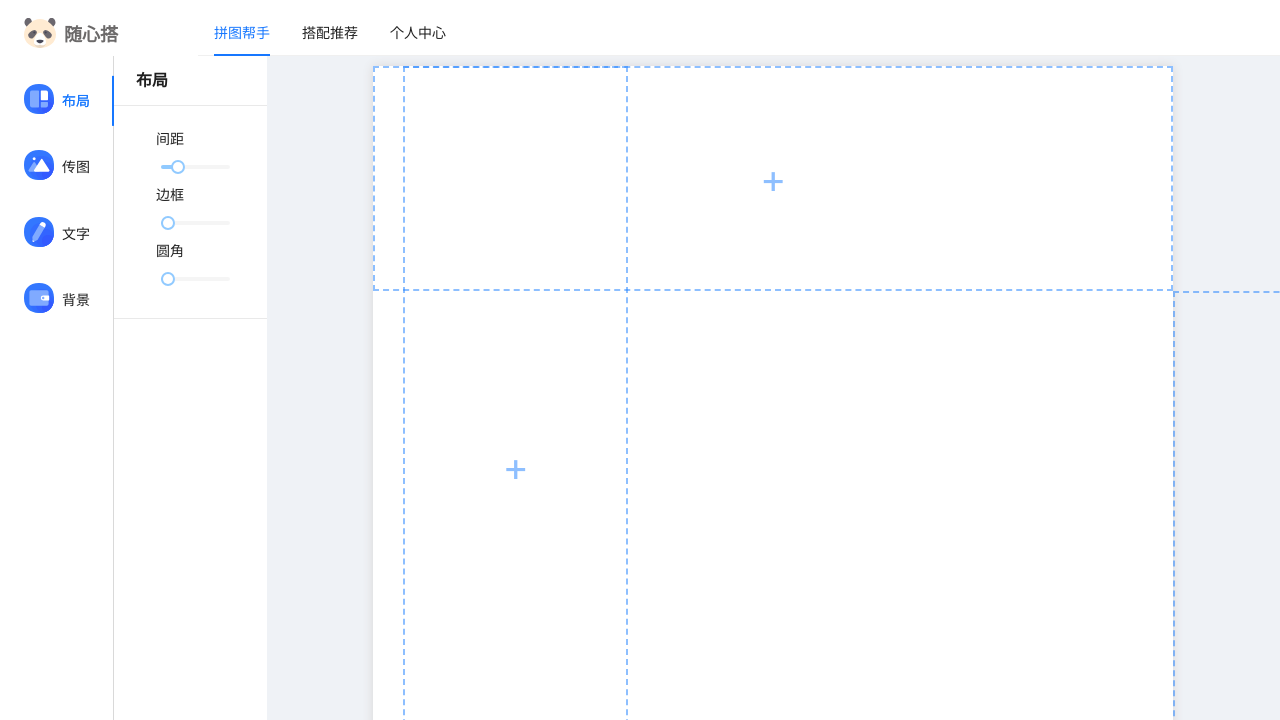
Repository: zzq1101921989/low-code
Page: /
These files come from the project's save history. The page is drawn as it stood at one moment and after the next save; the edit follows.
The browser window is 1280 px wide. The pictures show the whole page.
The project was rebuilt for these pictures with package versions that can differ from the ones it lists, and the page was loaded fresh each time. Also part of the build but not shown: vite.config.ts, src/pages/admin/index.tsx, src/components/icon/ClothesIcon.tsx, src/components/icon/HairIcon.tsx, src/components/icon/PantsIcon.tsx, src/components/icon/ShoeIcon.tsx, src/pages/recommend/index.tsx.

Above is the page before, as saved 2023-05-30 22:44:54.

### index.html
<!DOCTYPE html>
<html lang="en">
  <head>
    <meta charset="UTF-8" />
    <link rel="icon" type="image/svg+xml" href="/vite.svg" />
    <meta name="viewport" content="width=device-width, initial-scale=1.0" />
    <title>搭配选择困难症？不懂搭？就来随心搭，找到属于自己的穿搭技巧</title>
  </head>
  <body>
    <div id="root"></div>
    <script type="module" src="/src/main.tsx"></script>
  </body>
</html>

### src/main.tsx
import ReactDOM from "react-dom/client";
import App from "./App";
import "./reset.css";

ReactDOM.createRoot(document.getElementById("root") as HTMLElement).render(
  <App />
);

### src/App.tsx
import { BrowserRouter, Navigate, Route, Routes } from "react-router-dom";
import LayoutComponent from "./components/layout";
import { routerConfig } from "./routers";

const App = () => {
  return (
    <BrowserRouter>
      <Routes>
        <Route path="/" element={<LayoutComponent />}>
          {/* 重定向 */}
          <Route path="/" element={<Navigate to="/home" />} />
          {routerConfig.map((item) => (
            <Route path={item.path} key={item.name} element={item.element} />
          ))}
        </Route>
        <Route path="*" element={<div>404</div>} />
      </Routes>
    </BrowserRouter>
  );
};

export default App;

### src/reset.css
html,body,div,span,applet,object,h1,h2,h3,h4,h5,h6,p,blockquote,pre,a,abbr,acronym,address,big,cite,code,del,dfn,em,img,ins,kbd,q,s,samp,small,strike,strong,sub,sup,tt,var,b,u,i,center,dl,dt,dd,ol,ul,li,fieldset,form,label,legend,table,caption,tbody,tfoot,thead,tr,th,td,article,aside,canvas,details,embed,figure,figcaption,footer,header,hgroup,menu,nav,output,ruby,section,summary,time,mark,audio,video {
	margin:0;
	padding:0;
	border:0;
	font-size:100%;
	font:inherit;
	font-weight:normal;
	vertical-align:baseline;
}
/* HTML5 display-role reset for older browsers */
article,aside,details,figcaption,figure,footer,header,hgroup,menu,nav,section {
	display:block;
}
ol,ul,li {
	list-style:none;
}
blockquote,q {
	quotes:none;
}
blockquote:before,blockquote:after,q:before,q:after {
	content:'';
	content:none;
}
table {
	border-collapse:collapse;
	border-spacing:0;
}
th,td {
	vertical-align:middle;
}
/* custom */
a {
	outline:none;
	color:#16418a;
	text-decoration:none;
	-webkit-backface-visibility: hidden;
}
a:focus {
	outline:none;
}
input:focus,select:focus,textarea:focus {
	outline:-webkit-focus-ring-color auto 0;
}

### src/routers/index.tsx
import { RouteObject } from "react-router-dom";
import Admin from "../pages/admin";
import Home from "../pages/home";
import Recommend from "../pages/recommend";

export const routerConfig: (RouteObject & { name: string })[] = [
  {
    path: "home",
    name: "拼图帮手",
    element: <Home />,
  },
  {
    path: "recommend",
    name: "搭配推荐",
    element: <Recommend />,
  },
  {
    path: "admin",
    name: "个人中心",
    element: <Admin />,
  },
];

### src/components/header/index.tsx
import { Menu, MenuProps } from "antd";
import { Link, useLocation } from "react-router-dom";
import { routerConfig } from "../../routers";

export default function HeaderComponent() {

  const locaiton = useLocation();

  const items: MenuProps["items"] = routerConfig.map((key) => ({
    key: key.path,
    label: <Link to={`/${key.path}`}>{key.name}</Link>,
  }));

  return (
    <Menu
      style={{ flex: 1 }}
      mode="horizontal"
      selectedKeys={[locaiton.pathname.split("/")[1]]}
      items={items}
    />
  );
}

### src/components/layout/index.module.less
.syd-layout {
  width: 100%;
  height: 100vh;
  display: flex;
  flex-direction: column;
  overflow: hidden;
  .syd-header {
    display: flex;
    width: 100%;
    align-items: center;
    padding: 10px 24px 0 24px;
    background-color: #fff;
    .logo {
      margin-right: 80px;
    }
  }
  .syd-content {
    flex: auto;
    background: #eff2f6;
  }
}

### src/pages/home/index.tsx
import { Col, Row } from "antd";
import { FC, useState } from "react";
import { DrawImage, Menu } from "./features";
import styles from "./index.module.less";

// 最大的间距是多少
const maxPedding = 120

// 最大的边框
const maxBorder = 0

const Home: FC = () => {

  const [ paddingPercentage, setPaddingPercentage ] = useState(25)

  // 当前计算出来的间距是多少
  const padding = Math.round(maxPedding * (paddingPercentage / 100))

  return (
    <Row style={{ height: "100%" }} className={styles.homeContainer}>
      <Col xl={5}>
        <Menu paddingPercentage={paddingPercentage} setPaddingPercentage={setPaddingPercentage} />
      </Col>
      <Col xl={19}>
        <DrawImage padding={padding} />
      </Col>
    </Row>
  );
};

export default Home;

### src/pages/home/features/index.tsx
export { default as Area } from './Area';
export { default as DrawImage } from './DrawImage';
export { default as Menu } from './Menu';

### src/pages/home/index.module.less
.homeContainer {
    :global{
        .ant-tabs-tabpane {
            padding-left: 0 !important
        }
        .ant-tabs-nav-wrap {
            padding-top: 20px;
        }
    }
}

### src/pages/home/features/Area/index.tsx
import { FC, ReactNode } from "react";
import styles from "./index.module.less";

interface AreaProps {
  /**
   * @name 头部区域内容
   */
  header: string | ReactNode;

  /**
   * @name 中间区域内容
   */
  centre?: string | ReactNode;
}
const Area: FC<AreaProps> = (props) => {
  const { header, centre } = props;

  return (
    <div className={`${styles["area-container"]}`}>
      <div
        className={`${styles["area-container-header"]} ${styles.padding} ${styles.borderBottom}`}
      >
        {header}
      </div>
      {centre && (
        <div
          className={`${styles["area-container-centre"]} ${styles.padding} ${styles["borderBottom"]}`}
        >
          {centre}
        </div>
      )}
    </div>
  );
};

export default Area;

### src/pages/home/features/DrawImage/index.tsx
import {
  FC,
  ReactNode,
  createElement,
  useEffect,
  useRef,
  useState,
} from "react";
import { ContextMenu, ItemBox } from "../../components";
import { LayoutConfig } from "./LayoutBox";

const initContextMenu = {
  open: false,
  x: 0,
  y: 0,
};

// 每行最多能有多少box
const containerWidth = 800;
const containerHeight = 800;

type DrawImageProps = {
  /**
   * 间距
   */
  padding: number;
};

const DrawImage: FC<DrawImageProps> = (props) => {
  const { padding } = props;

  const ele = useRef<HTMLDivElement | null>(null);

  // 记录一下当前点击的容器
  const pendingUplaodBox = useRef<ParentNode | null>(null);

  const fileRef = useRef<HTMLInputElement | null>(null);

  const [contextMenu, setContextMenu] = useState<{
    open: boolean;
    x: number;
    y: number;
  }>(initContextMenu);

  const [activeBoxIndex, setActiveBoxIndex] = useState<number | undefined>();

  // 组织右键菜单的默认事件
  useEffect(() => {
    const uploadBtn = document.getElementById("uploadBtn");

    const contextmenuFn = (e: MouseEvent) => {
      e.preventDefault();
    };

    const mousedownFn = (e: MouseEvent) => {
      if (e.target && (e.button === 0 || e.button === 2)) {
        // 获取上传区域的dom
        const type = (e.target as HTMLElement).getAttribute("data-type");
        const index = (e.target as HTMLElement).getAttribute("data-index");
        if (type === "add") {
          const offsetLeftTotal =
            ele.current!.offsetLeft +
            (ele.current!.parentNode as HTMLElement | null)!.offsetLeft;
          const offsetTopTotal =
            ele.current!.offsetTop +
            (ele.current!.parentNode as HTMLElement | null)!.offsetTop;
          setContextMenu({
            open: true,
            x: e.clientX - offsetLeftTotal,
            y: e.clientY - offsetTopTotal + 10,
          });
          setActiveBoxIndex(Number(index));
          pendingUplaodBox.current = (e.target as HTMLElement).parentNode;
        }
      }
    };

    const click = () => {
      fileRef.current?.click();
    };

    const readerFile = (e: any) => {
      const file = e.target.files[0];
      const urlData = URL.createObjectURL(file);
      const container = pendingUplaodBox.current as HTMLElement;
      const image = container.getElementsByTagName("image")[0];
      if (image) {
        const clientWidth = container.clientWidth;
        const clientHeight = container.clientHeight;

        // 显示图片
        image.setAttributeNS(
          "http://www.w3.org/1999/xlink",
          "xlink:href",
          urlData
        );

        // 防止内存泄露，释放图片内存
        image.addEventListener("load", () => {
          URL.revokeObjectURL(urlData);
        });

        // 解决上传同一个文件，浏览器认为没变化，而造成读取失败的问题
        fileRef.current!.value = "";

        (container.parentNode as HTMLElement)!.style.width = clientWidth + "px";
        (container.parentNode as HTMLElement)!.style.height =
          clientHeight + "px";
      }
      setContextMenu(initContextMenu);
    };

    uploadBtn?.addEventListener("click", click);

    fileRef.current?.addEventListener("change", readerFile);

    if (ele.current) {
      ele.current.addEventListener("contextmenu", contextmenuFn);
      ele.current.addEventListener("mousedown", mousedownFn);
    }

    return () => {
      uploadBtn?.removeEventListener("click", click);
      fileRef.current?.removeEventListener("change", readerFile);
      ele.current?.removeEventListener("contextmenu", contextmenuFn);
      ele.current?.removeEventListener("mousedown", mousedownFn);
    };
  }, []);

  // 定义一个索引，表示每个ItemBox的编号
  let itemIndex = 0;

  /**
   * direction 代表排列方向
   * width 取小数，代表的是百分比
   */
  const testLayoutCofig: LayoutConfig[] = [
    {
      direction: "left",
      dirW: 1,
      dirH: 1,
      children: [
        {
          dirW: 0.7,
          dirH: 1,
          direction: "top",
          children: [
            {
              dirW: 1,
              dirH: 0.3,
            },
            {
              dirW: 1,
              dirH: 0.7,
            },
          ],
        },
        {
          type: "flag",
          dirW: 0.7,
          dirH: 1,
        },
        {
          dirW: 0.3,
          dirH: 1,
        },
      ],
    },
  ];

  const createrItemBox = (
    width: number,
    height: number,
    left: number,
    top: number
  ) => {
    return createElement(
      "div",
      {
        className: "edit-container",
        key: Math.random() * 100000,
        style: {
          position: "absolute",
          left,
          top,
          width,
          height,
        },
      },
      <ItemBox dataIndex={0} />
    );
  };

  /**
   *
   * @param layout
   * @param containerWidth
   * @param containerHeight
   */
  const handlerLayout = (
    layout: LayoutConfig[],
    containerWidth: number,
    containerHeight: number,
    parentDirection: string='left'
  ) => {

    let elements: ReactNode[] = [];

    // 已经占据了多少呢？
    let occupyWidth = 0;
    let occupyHeight = 0;

    layout.forEach((lay) => {

      console.log(lay, 'lay---------');

      // 子元素
      const children = lay.children;

      // 布局的方向
      const direction = lay.direction;

      // 有子元素和没有子元素，处理方式不一样
      if (children && direction) {

        elements = elements.concat(handlerLayout(children, containerWidth, containerHeight, direction));

      } else {

        const { dirH, dirW, type } = lay

        // 不同方向之下，改变的宽高也是不一样的
        const currentWidth =
        parentDirection === "left"
            ? containerWidth * dirW - padding / 2
            : containerWidth * dirW;
        const currentHeight =
        parentDirection === "top"
            ? containerHeight * dirH - padding / 2
            : containerHeight * dirH;

        if (type !== "flag") {
          elements.push(
            createrItemBox(
              currentWidth,
              currentHeight,
              occupyWidth,
              occupyHeight
            )
          );
          occupyWidth += currentWidth;
          if (parentDirection === "top") {
            occupyHeight += currentHeight;
          }
        } else {
          elements.push(
            <div
              key={Math.random() * 100000}
              style={{
                position: "absolute",
                left: occupyWidth,
                top: occupyHeight,
                width: padding,
                height: containerHeight,
              }}
            ></div>
          );
          occupyWidth += padding;
        }
      }
    });

    return elements;
  };

  console.log(handlerLayout(testLayoutCofig, containerWidth, containerHeight));

  return (
    <div
      ref={ele}
      style={{
        position: "relative",
        width: containerWidth,
        height: containerHeight,
        margin: "10px auto",
        background: "#fff",
        boxShadow: "0 0 10px #d9d6d6",
      }}
    >
      {handlerLayout(testLayoutCofig, containerWidth, containerHeight)}
      {/* <LayoutBox
        layoutConfig={layoutConfig}
        containerWidth={containerWidth}
        containerHeight={containerHeight}
        padding={padding}
      /> */}

      {/* <Row gutter={[16, 16]} style={{ height: "100%" }}>
        <Col span={24}>
          <ItemBox areaHeight={2 * 200} dataIndex={itemIndex} activeIndex={activeBoxIndex} />
        </Col>
        <Col span={24}>
          <Row gutter={[16, 16]} style={{ height: "100%" }}>
            <Col span={12}>
              <ItemBox areaHeight={2 * 200} dataIndex={++itemIndex} activeIndex={activeBoxIndex} />
            </Col>
            <Col span={12}>
              <Row gutter={[16, 16]} style={{ height: "100%" }}>
                <Col span={24}>
                  <ItemBox
                    areaHeight={200}
                    dataIndex={++itemIndex}
                    activeIndex={activeBoxIndex}
                  />
                </Col>
                <Col span={24}>
                  <ItemBox
                    areaHeight={200}
                    dataIndex={++itemIndex}
                    activeIndex={activeBoxIndex}
                  />
                </Col>
              </Row>
            </Col>
          </Row>
        </Col>
      </Row> */}
      <ContextMenu
        left={contextMenu.x}
        top={contextMenu.y}
        open={contextMenu.open}
      />
      {/* 上传元素 */}
      <input
        ref={fileRef}
        type="file"
        id="cellImgPicker"
        accept="image/jpeg,image/png"
        style={{ display: "none" }}
      />
    </div>
  );
};

export default DrawImage;

### src/pages/home/features/Menu/index.tsx
import { Slider, Space, Tabs, TabsProps } from "antd";
import { Dispatch, FC } from "react";
import { Area } from "..";
import {
  ColorIcon,
  ImageIcon,
  LayoutIcon,
  TextIcon,
} from "../../../../components/icon";

type MenuProps = {
  /**
   * 间距百分比
   */
  paddingPercentage: number
  setPaddingPercentage: Dispatch<React.SetStateAction<number>>
}

/**
 * 导航栏组件
 */
const Menu: FC<MenuProps> = (props) => {

  const { paddingPercentage, setPaddingPercentage } = props;

  const items: TabsProps["items"] = [
    {
      label: (
        <Space>
          <LayoutIcon />
          布局
        </Space>
      ),
      key: "1",
      children: (
        <Area
          header="布局"
          centre={
            <div
              style={{
                width: "100%",
                display: "flex",
                flexDirection: "column",
                padding: '10px 20px',
                boxSizing: 'border-box'
              }}
            >
              <div>
                间距
                <Slider defaultValue={paddingPercentage} onChange={setPaddingPercentage} />
              </div>
              <div>
                边框
                <Slider defaultValue={10} />
              </div>
              <div>
                圆角
                <Slider defaultValue={10} />
              </div>
            </div>
          }
        />
      ),
    },
    {
      label: (
        <Space>
          <ImageIcon />
          传图
        </Space>
      ),
      key: "2",
      children: "",
    },
    {
      label: (
        <Space>
          <TextIcon />
          文字
        </Space>
      ),
      key: "3",
      children: "",
    },
    {
      label: (
        <Space>
          <ColorIcon />
          背景
        </Space>
      ),
      key: "4",
      children: "",
    },
  ];

  return (
    <Tabs
      tabPosition="left"
      items={items}
      style={{ background: "#fff", height: "100%" }}
    />
  );
}

export default Menu

### src/pages/home/features/Area/index.module.less
.area-container {
    width: 100%;
    .area-container-header {
        font-size: 18px;
    }
    .area-container-header {
        font-size: 16px;
        font-weight: bold;
    }
}
.padding {
    padding: 12px 12px 12px 22px;
}
.borderBottom {
    border-bottom: 1px solid #e9e9e9;
}

### src/pages/home/components/index.tsx
export { default as ItemBox } from './ItemBox';
export { default as ContextMenu } from './contextmenu';

### src/components/icon/index.tsx
export { default as ClothesIcon } from "./ClothesIcon";
export { default as ColorIcon } from "./ColorIcon";
export { default as HairIcon } from "./HairIcon";
export { default as ImageIcon } from "./ImageIcon";
export { default as LayoutIcon } from "./LayoutIcon";
export { default as PantsIcon } from "./PantsIcon";
export { default as ShoeIcon } from "./ShoeIcon";
export { default as TextIcon } from "./TextIcon";

### src/pages/home/components/ItemBox/index.tsx
import { FC, memo, useRef, useState } from "react";
import styles from "./index.module.less";

interface ItemBoxProps {
  /**
   * 当前选中的焦点区域
   */
  activeIndex?: number;

  /**
   * 当前组件的索引
   */
  dataIndex: number;

}

const ItemBox: FC<ItemBoxProps> = (props) => {

  const { activeIndex, dataIndex } = props;

  const [openAddMask, setOpenAddMask] = useState(true);

  const image = useRef<SVGImageElement | null>(null)

  image.current?.addEventListener('load', () => {
    setOpenAddMask(false)
  })

  return (
    <div
      className={styles.itemBox}
      style={{
        border: `2px ${
          activeIndex === dataIndex ? "solid #2354f4" : "dashed #1e80ff80"
        }`,
      }}
    >
      <svg
        view-box="0 0 367.3725 367.3725"
        xmlns="http://www.w3.org/2000/svg"
        xmlnsXlink="http://www.w3.org/1999/xlink"
      >
        <g
          style={{
            transform: "matrix(1, 0, 0, 1, 0, 0)",
          }}
        >
          <image ref={image} />
        </g>
      </svg>
      <span className={styles.close}>
        <svg
          version="1.1"
          id="图层_1"
          xmlns="http://www.w3.org/2000/svg"
          xmlnsXlink="http://www.w3.org/1999/xlink"
          x="0px"
          y="0px"
          viewBox="0 0 16 16"
        >
          <path
            d="M11.8,1.6l-0.7,0.7L7.8,5.6L4.6,2.3L3.9,1.6L3.1,2.3L2,3.4L1.3,4.1L2,4.8l3.3,3.3L2,11.4l-0.7,0.7L2,12.8 L3.1,14l0.7,0.7L4.6,14l3.3-3.3l3.3,3.3l0.7,0.7l0.7-0.7l1.1-1.1l0.7-0.7l-0.7-0.7l-3.3-3.3l3.3-3.3l0.7-0.7l-0.7-0.7l-1.1-1.1 L11.8,1.6L11.8,1.6z"
            style={{
              opacity: 0.9,
              fill: "rgb(255, 255, 255)",
            }}
          ></path>{" "}
          <g>
            <polygon points="13,4.1 11.8,3 7.8,7 3.9,3 2.7,4.1 6.7,8.1 2.7,12.1 3.9,13.3 7.8,9.3 11.8,13.3 13,12.1 9,8.1 	"></polygon>
          </g>
        </svg>
      </span>
      <span
        style={{
          display: openAddMask ? "flex" : "none",
        }}
        className={styles.add}
        data-type="add"
        data-index={dataIndex}
      >
        +
      </span>
    </div>
  );
};
export default memo(ItemBox);

### src/pages/home/components/contextmenu/index.tsx
import { Space } from "antd";
import { FC } from "react";
import styles from "./index.module.less";

type ContextMenuProps = {
  /**
   * @name left 距离
   */
  left: number;

  /**
   * @name top 距离
   */
  top: number;

  /**
   * @name 是否打开
   */
  open: boolean;
};
const ContextMenu: FC<ContextMenuProps> = (props) => {
  const { left, top, open } = props;

  return (
    <div
      className={styles.contextMenu}
      style={{ left, top, display: open ? "block" : "none" }}
    >
      <div className={styles.contextMenuItem} id="uploadBtn">
        <Space>
          <svg
            xmlns="http://www.w3.org/2000/svg"
            xmlnsXlink="http://www.w3.org/1999/xlink"
            version="1.1"
            id="图层_1"
            x="0px"
            y="0px"
            viewBox="0 0 16 16"
            enableBackground="new 0 0 16 16"
            xmlSpace="preserve"
          >
            <path d="M3.5,7C2.672,7,2,6.328,2,5.5S2.672,4,3.5,4S5,4.672,5,5.5S4.328,7,3.5,7z M1,2h13c0.552,0,1,0.448,1,1v10  c0,0.552-0.448,1-1,1H1c-0.552,0-1-0.448-1-1V3C0,2.448,0.448,2,1,2z M14,11.294V3H1v10h0.297l5.687-5l4.433,5h0.661l-1.916-2.267  l1.843-1.77L14,11.294z"></path>
          </svg>
          添加图片
        </Space>
      </div>
      <div className={styles.contextMenuItem}>
        <Space>
          <svg
            xmlns="http://www.w3.org/2000/svg"
            xmlnsXlink="http://www.w3.org/1999/xlink"
            version="1.1"
            id="图层_1"
            x="0px"
            y="0px"
            viewBox="0 0 16 16"
            enableBackground="new 0 0 16 16"
            xmlSpace="preserve"
          >
            <path
              fillRule="evenodd"
              clipRule="evenodd"
              d="M14.984,13.169C15.169,15.754,13.748,16,12.512,16  c-1.236,0-2.781-0.308-2.472-2.831C10.225,11.631,12.512,8,12.512,8S14.86,11.815,14.984,13.169z M13,7.051  c0,0.203-0.103,0.457-0.258,0.659l-5.829,5.986c-0.413,0.406-1.032,0.406-1.444,0L0.31,8.42c-0.413-0.457-0.413-1.116,0-1.522  l3.663-3.754L1.806,0.913c-0.206-0.203-0.206-0.507,0-0.761c0.206-0.203,0.516-0.203,0.722,0l2.167,2.283L6.19,0.913  c0.413-0.406,1.032-0.406,1.444,0l5.056,5.275C12.948,6.442,13,6.746,13,7.051z M1.97,6.611h9.848L6.869,1.556l-1.4,1.458  l1.75,1.799c0.2,0.194,0.2,0.535,0,0.729c-0.2,0.194-0.5,0.194-0.7,0l-1.75-1.799L1.97,6.611z"
            ></path>
          </svg>
          填充背景
        </Space>
      </div>
    </div>
  );
};
export default ContextMenu;

### src/pages/home/components/ItemBox/index.module.less
.itemBox {
    position: relative;
    width: 100%;
    height: 100%;
    box-sizing: border-box;
    .close {
        width: 16px;
        height: 16px;
        display: none;
        position: absolute;
        right: 10px;
        top: 10px;
    }
    .add {
        position: relative;
        z-index: 9;
        width: 100%;
        height: 100%;
        justify-content: center;
        align-items: center;
        text-align: center;
        margin: 0 auto;
        font-size: 40px;
        color: #1e80ff80;
        user-select: none;
    }
    >svg{
        height: 100%;
        width: 100%;
        position: absolute;
        left: 0;
        top: 0;
    }
    &:hover {
        border: 2px solid #2354f4 !important;
        .close {
            display: block;
        }
    }
}

### src/pages/home/components/contextmenu/index.module.less
.contextMenu {
    position: absolute;
    z-index: 10;
    width: 126px;
    padding: 5px 0;
    background-color: #fff;
    box-shadow: 0 0 5px #ccc;
    border-radius: 5px;
    cursor: pointer;
    .contextMenuItem {
        width: 100%;
        user-select: none;
        line-height: 36px;
        color: #333;
        text-align: center;
        font-size: 13px;
        svg {
            width: 15px;
            height: 15px;
        }
        &:hover {
            background: #1a7eff;
            color: #fff;
        }
    }
}

Loaded but not shown: src/components/layout/index.tsx (69 lines, source omitted); src/components/icon/LayoutIcon.tsx (48 lines, source omitted); src/components/icon/ColorIcon.tsx (53 lines, source omitted); src/components/icon/ImageIcon.tsx (53 lines, source omitted); src/components/icon/TextIcon.tsx (48 lines, source omitted)

After the next save:
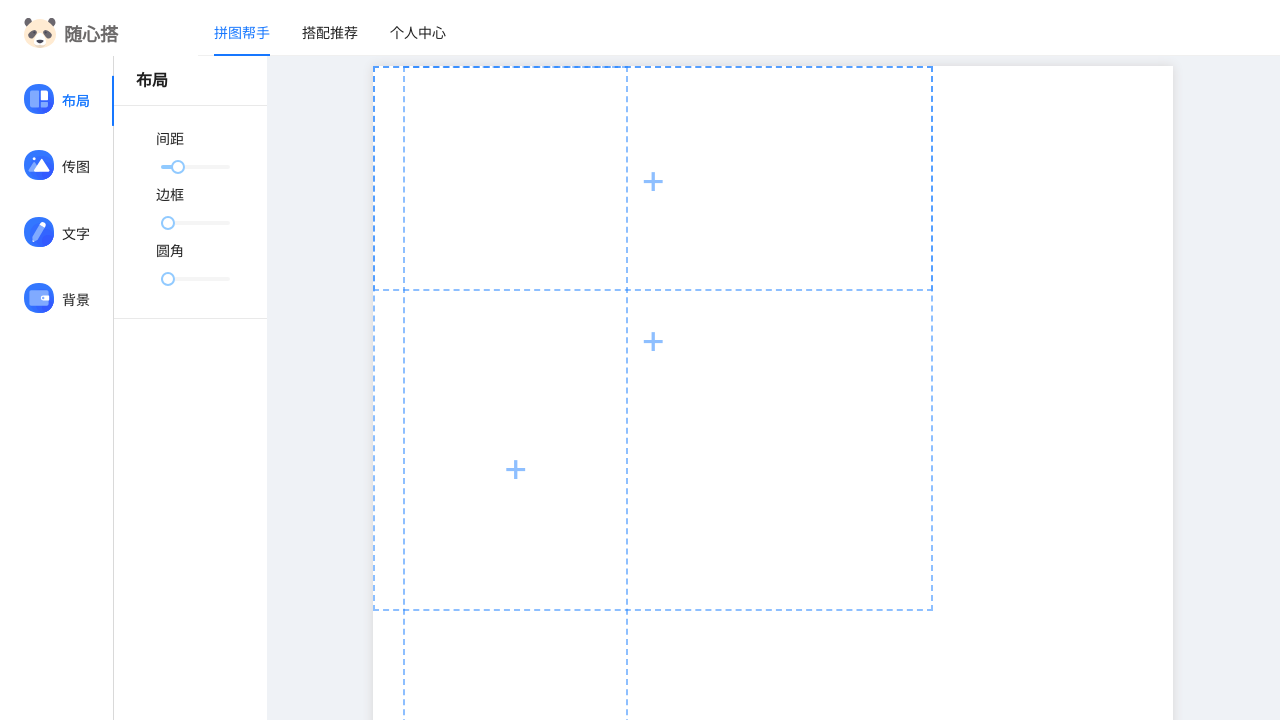
Saved 5 min 12 s later.
--- a/src/pages/home/features/DrawImage/index.tsx
+++ b/src/pages/home/features/DrawImage/index.tsx
@@ -214,16 +214,13 @@ const DrawImage: FC<DrawImageProps> = (props) => {
 
       console.log(lay, 'lay---------');
 
-      // 子元素
-      const children = lay.children;
-
-      // 布局的方向
-      const direction = lay.direction;
+      // 子元素 布局的方向
+      const { dirW, dirH, children, direction } = lay
 
       // 有子元素和没有子元素，处理方式不一样
       if (children && direction) {
 
-        elements = elements.concat(handlerLayout(children, containerWidth, containerHeight, direction));
+        elements = elements.concat(handlerLayout(children, containerWidth * dirW, containerHeight * dirH, direction));
 
       } else {
 
@@ -248,10 +245,7 @@ const DrawImage: FC<DrawImageProps> = (props) => {
               occupyHeight
             )
           );
-          occupyWidth += currentWidth;
-          if (parentDirection === "top") {
-            occupyHeight += currentHeight;
-          }
+
         } else {
           elements.push(
             <div
@@ -268,6 +262,7 @@ const DrawImage: FC<DrawImageProps> = (props) => {
           occupyWidth += padding;
         }
       }
+
     });
 
     return elements;
